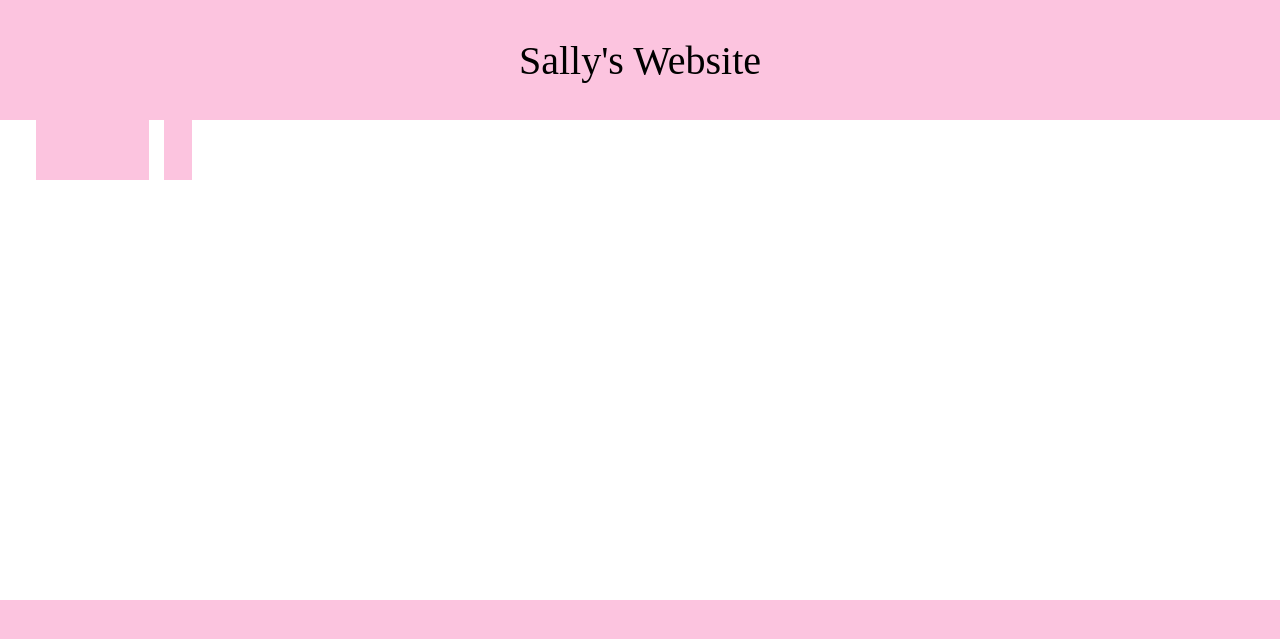
Repository: tianjiewang2022/tianjiewang2022.github.io
Page: index.html
These files come from the project's save history. The page is drawn as it stood at one moment and after the next save; the edit follows.
The browser window is 1280 px wide. The pictures show the whole page.

Above is the page before, as saved 2023-10-02 20:40:16.

### index.html
<!DOCTYPE html>
<html lang="en">

    <head>
        <meta charset="UTF-8">
        <meta name="viewport" content="width=device-width, initial-scale=1.0">
        <title>Sally's Webpage</title>
        <style>
            body {
                margin: 0;
                padding: 0;
                display: grid;
                grid-template-rows: repeat(6, 1fr);
                grid-template-columns: repeat(6, 1fr);
                height: 100vh;
            }

            header {
                background-color: rgb(252, 196, 223);
                color: rgb(0, 0, 0);
                grid-column: 1 / span 6;
                display: flex;
                justify-content: center;
                align-items: center;
                font-size: 40px;
            }

            .flex-container {
                display: flex;

                flex-wrap: wrap;
                justify-content: space-between;
                padding-left: 10%;
                padding-right: 10%;
            }

            .flex-box {
                height: calc(16.67%*4 - 20px);
                background-color: rgb(252, 196, 223);
                text-align: center;
                display: flex;
                align-items: center;
                justify-content: center;
            }

            .left_bar {
                background-color: rgb(252, 196, 223);
                grid-row: 2 / span 4;
                grid-column: 1 / span 1;
            }

            .main_area {
                width: calc(16.67%*4);
            }

            .right_bar {
                width: 16.67%;
            }

            footer {
                background-color: rgb(252, 196, 223);
                /* Choose your header color */

                position: fixed;
                bottom: 0;
                width: 100%;
                height: 16.67%;
                display: flex;
                align-items: center;
                justify-content: center;
                z-index: 100;
            }
        </style>
    </head>

    <body>
        <header>
            Sally's Website
        </header>
        <div class="flex-container">
            <!-- Your content goes here -->
            <span class="flex-box left_bar"></span>
            <span class="flex-box main_area"></span>
            <span class="flex-box right_bar"></span>
        </div>
        <footer></footer>
    </body>

</html>

After the next save:
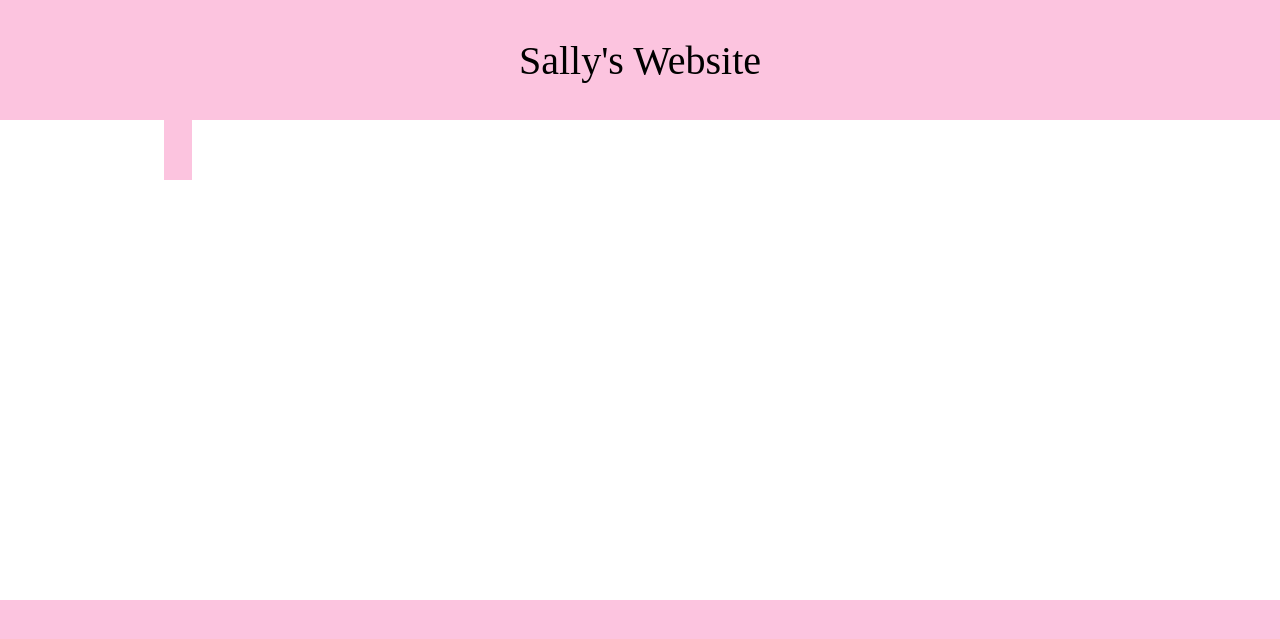
Saved 12 s later.
--- a/index.html
+++ b/index.html
@@ -50,7 +50,13 @@
             }
 
             .main_area {
-                width: calc(16.67%*4);
+                background-color: rgba(0, 0, 0, 0.1);
+                grid-row: 2 / span 4;
+                grid-column: 2 / span 4;
+                display: flex;
+                justify-content: center;
+                align-items: center;
+                position: relative;
             }
 
             .right_bar {
